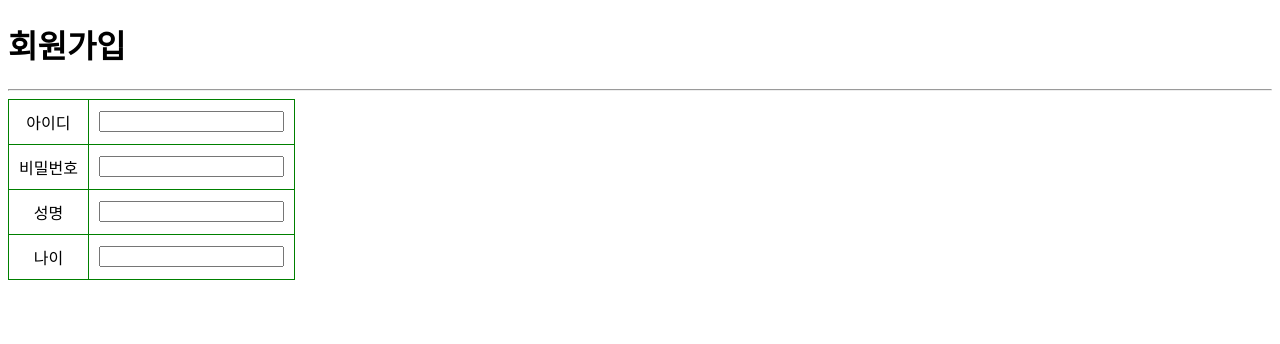
Repository: chuni90/bigdata
Page: http://localhost/tutorial_04/view/add_member.jsp
The author's editor kept a copy of each file at every save. The page is drawn from the files as they stood at one save, then again after the next save.
The browser window is 1280 px wide. The pictures show the whole page.
The page is served by Tomcat 9.

Above is the page before, as saved 2019-09-24 08:27:25.

After the next save:
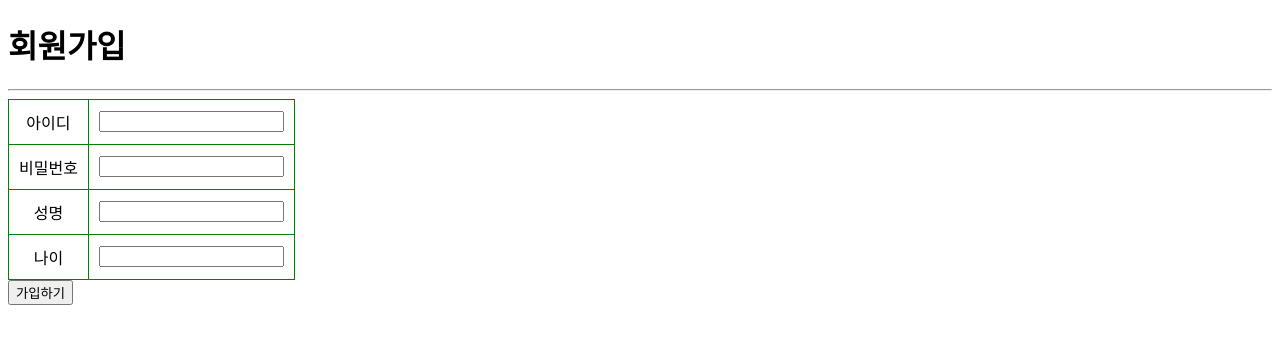
Saved 51 s later.
--- a/2. Java DB/Oracle/tutorial_04/WebContent/view/add_member.jsp
+++ b/2. Java DB/Oracle/tutorial_04/WebContent/view/add_member.jsp
@@ -46,8 +46,8 @@
 					<td>나이</td>
 					<td><input type="number" name="age" min="18"></td>
 				</tr>
-
 			</table>
+			<input type="submit" value="가입하기"/>
 
 		</form>
 
